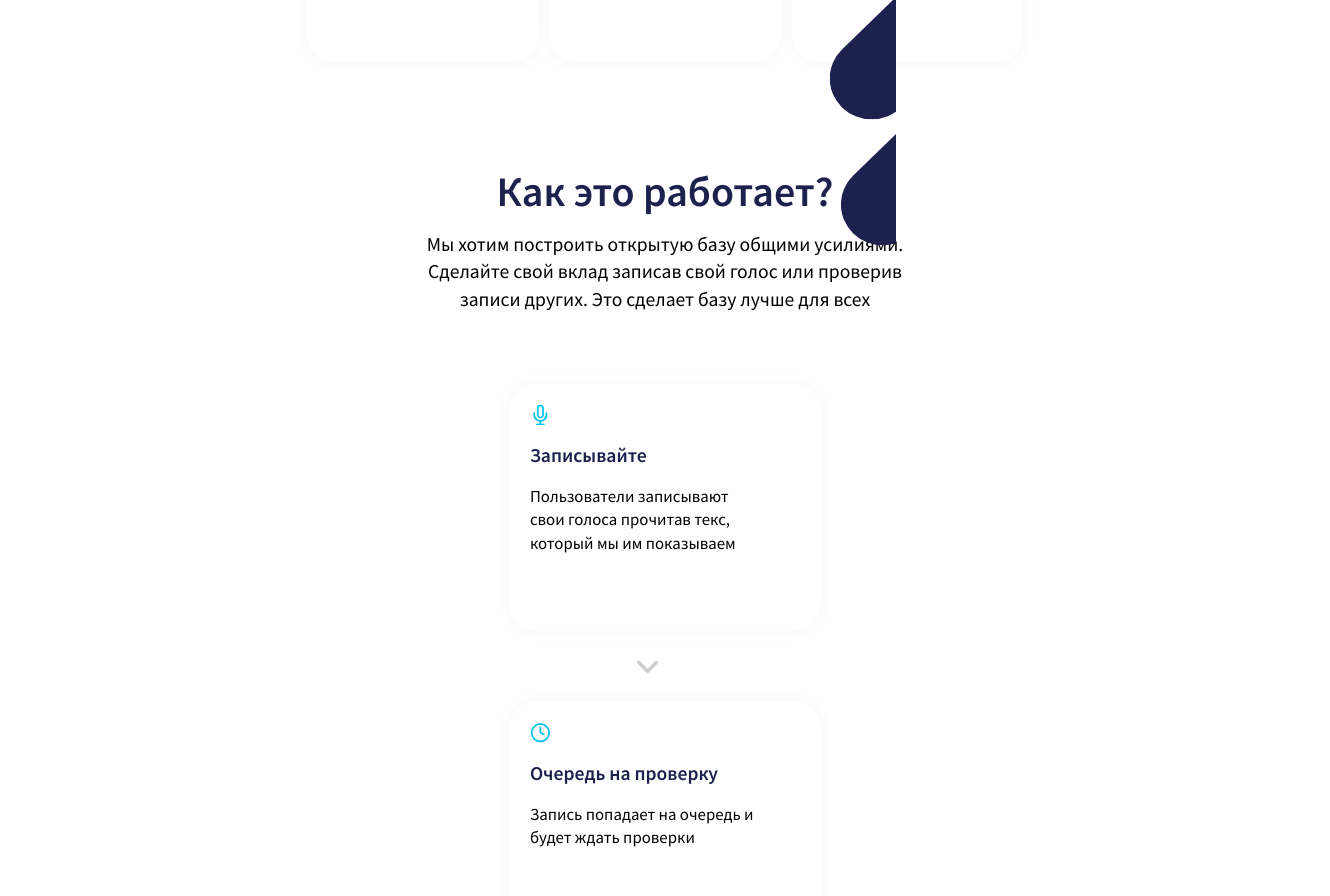
Repository: Amin444/Paymona-Sadp
Page: index.html
An editor plug-in stored every save of this project. The page is shown before and after the next save, followed by the edit.
The browser window is 1280 px wide. The page is 1900 px wide, so the pictures cover 1900 px, including what lies to the right of the window. The pictures show the part of the page from y = 1514 to 2794 px (the page is 5694 px tall before and 5724 px after), at 70% of full size.

Above is the page before, as saved 2021-11-12 12:40:28.

After the next save:
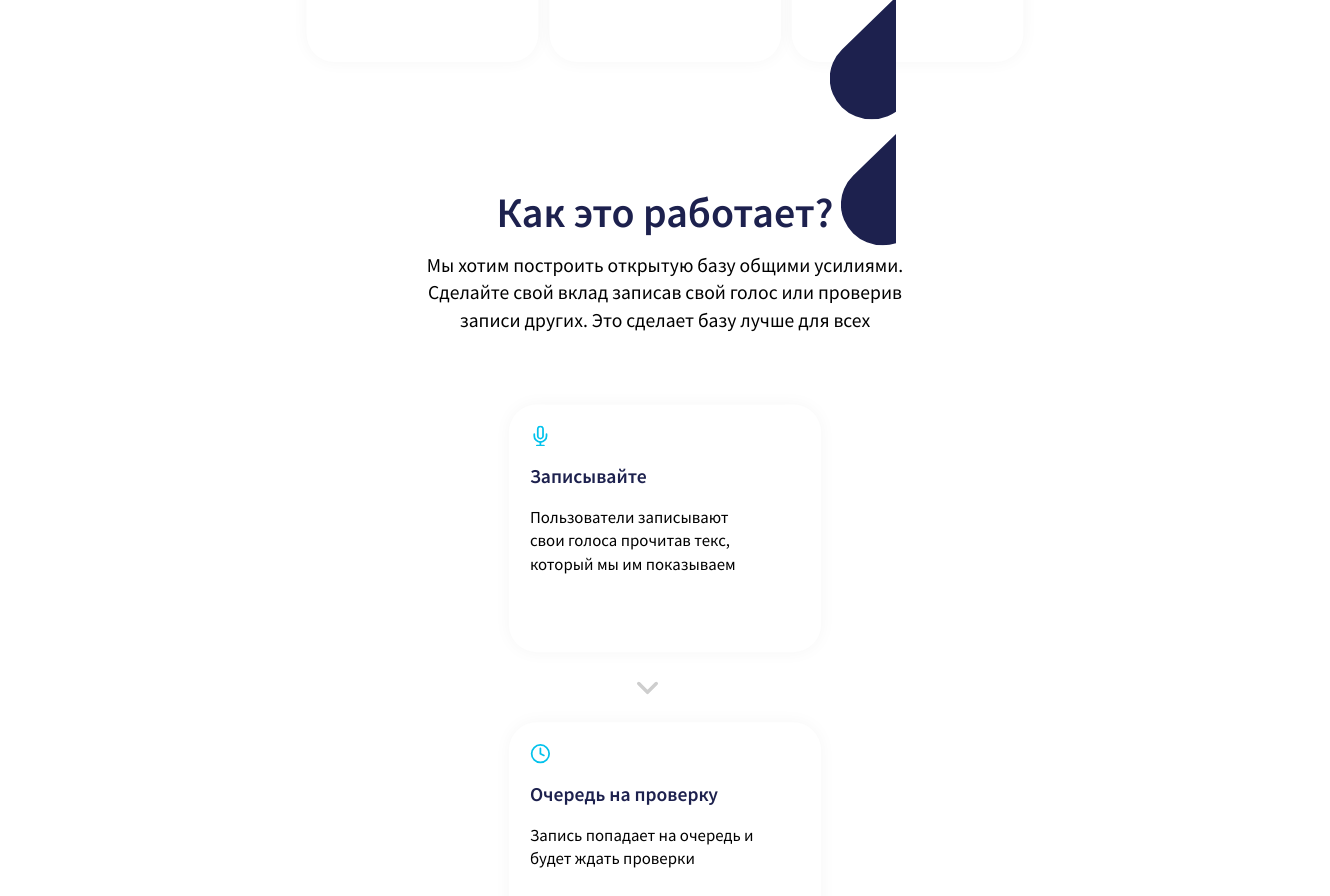
Saved 7 s later.
--- a/style.css
+++ b/style.css
@@ -145,7 +145,7 @@
   display: flex;
   justify-content: center;
   position: relative;
-  padding-bottom;:
+  padding-bottom: 30px;
 }
 
 .bag{

After the save that followed:
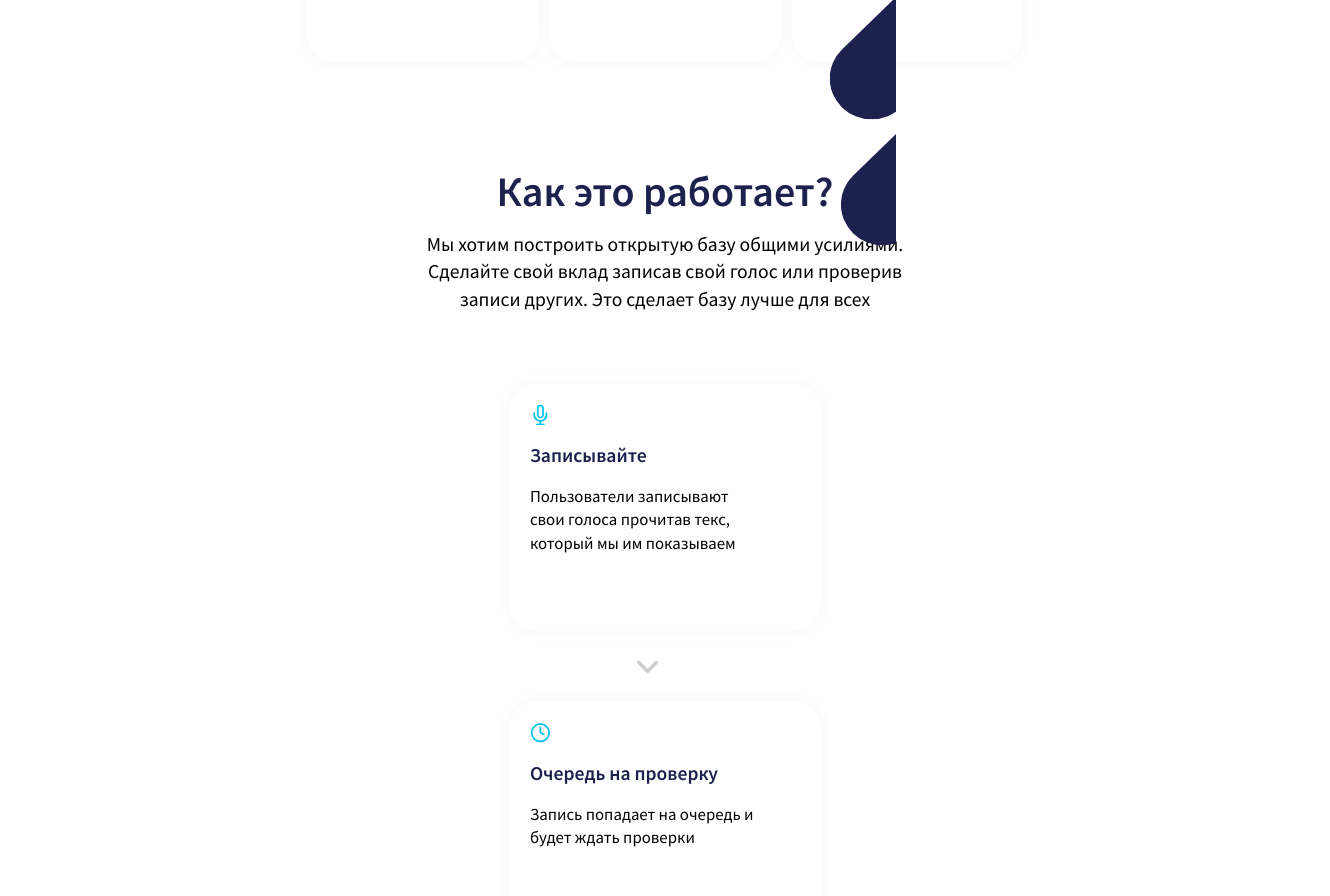
Saved 28 s later.
--- a/style.css
+++ b/style.css
@@ -145,7 +145,6 @@
   display: flex;
   justify-content: center;
   position: relative;
-  padding-bottom: 30px;
 }
 
 .bag{
